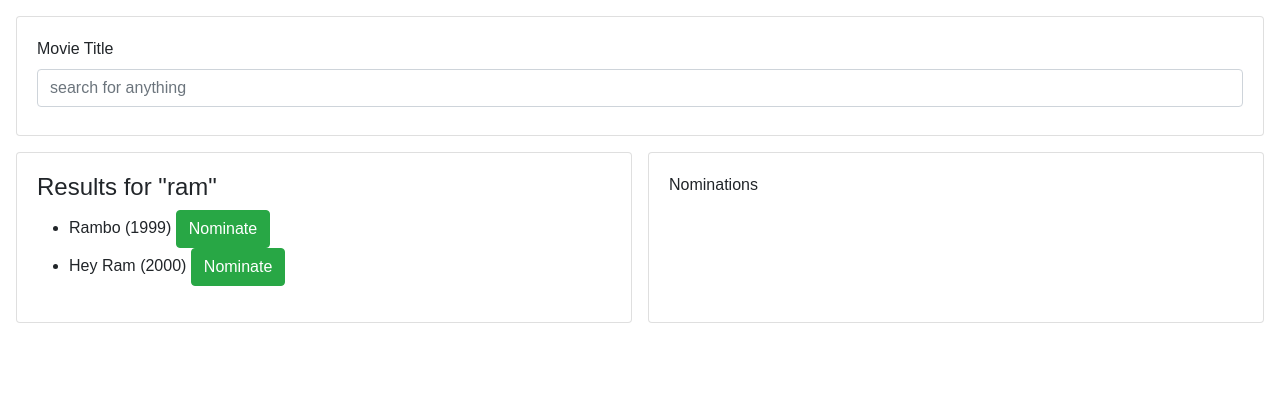
Repository: akinsikuoluwafemi/shoppies-movie-collection
Page: /
These files come from the project's save history. The page is drawn as it stood at one moment and after the next save; the edit follows.
The browser window is 1280 px wide. The pictures show the whole page.
The project was rebuilt for these pictures with package versions that can differ from the ones it lists, and the page was loaded fresh each time. Also part of the build but not shown: src/App.css.

Above is the page before, as saved 2021-01-10 09:13:31.

After the next save:
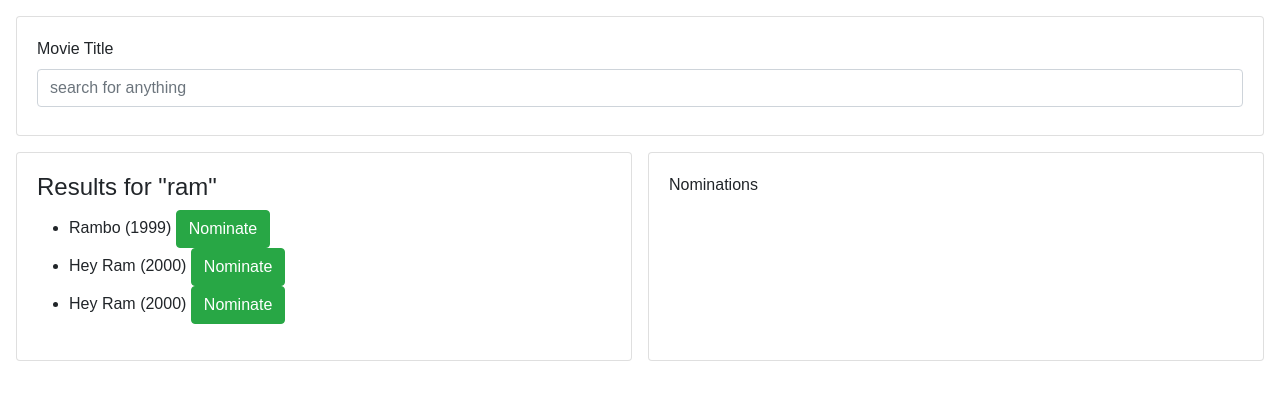
Saved 17 s later.
--- a/src/components/SearchResults.js
+++ b/src/components/SearchResults.js
@@ -10,6 +10,8 @@ export default function SearchResults() {
             <ul className="list">
                 <li className="list-item" >Rambo (1999) <button className="btn btn-success" >Nominate</button></li>
                 <li className="list-item" >Hey Ram (2000) <button className="btn btn-success" >Nominate</button></li>
+                <li className="list-item" >Hey Ram (2000) <button className="btn btn-success" >Nominate</button></li>
+
 
             </ul>
       </CardWrapper>
